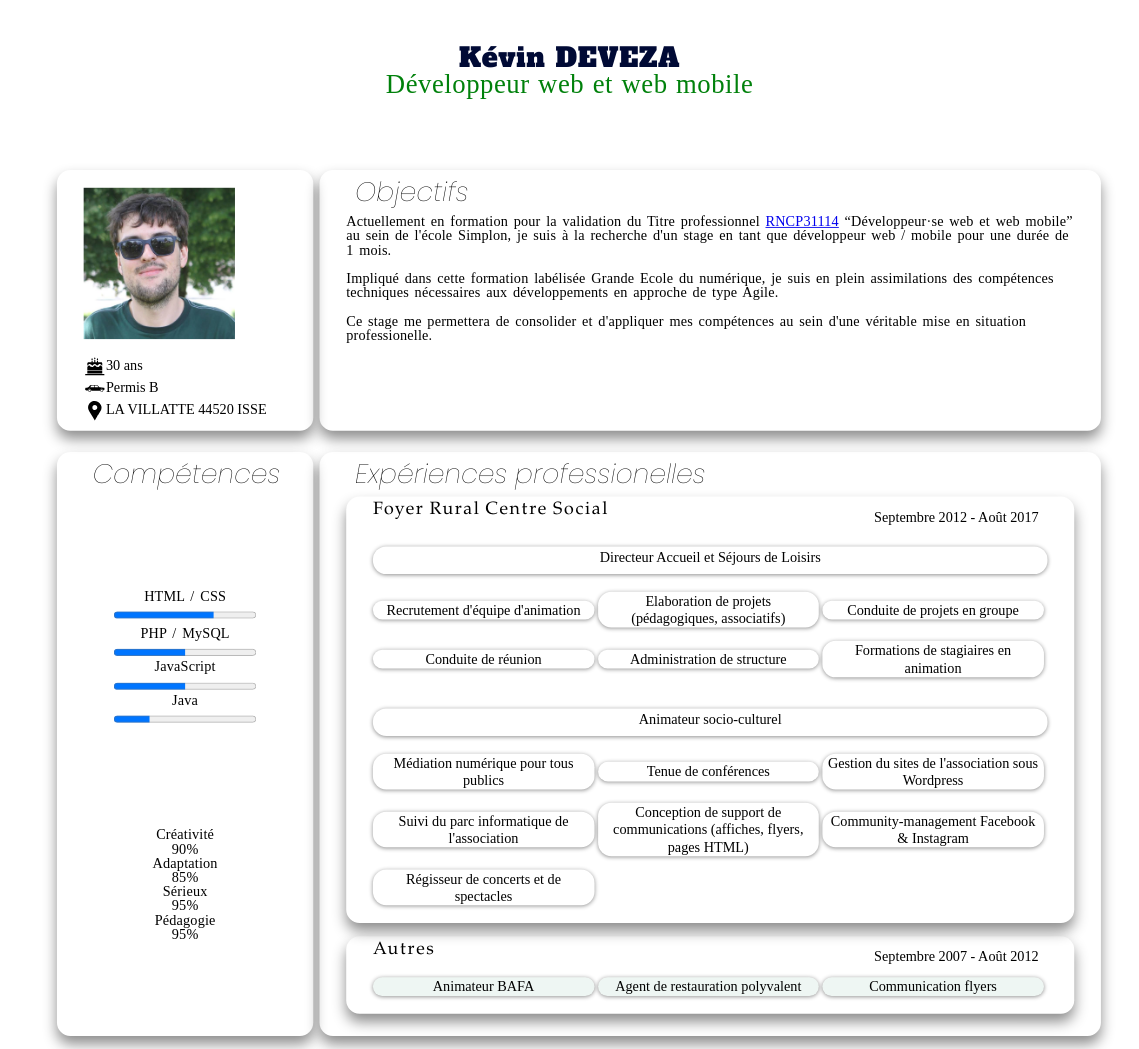
Repository: KevinDvZ/kevindvz.github.io
Page: index.html
The author's editor kept a copy of each file at every save. The page is drawn from the files as they stood at one save, then again after the next save.
The browser window is 1280 px wide. The pictures show the whole page, at 89% of full size.

Above is the page before, as saved 2020-10-31 17:20:16.

### index.html
<!DOCTYPE html>
<html>
    <!--HEADER-->
<head>
    <title id="nomprenom">DEVEZA Kevin - Développeur Web et Web mobile.</title>
        <meta charset="utf-8" />
        <meta name="description" contents="CV de Kévin DEVEZA, développeur web  et web mobile junior."/>
        <link rel="stylesheet" href="css/cv_deveza.css" />
        <link rel="stylesheet" href="css/reset.css"/>
        <link href="https://fonts.googleapis.com/css2?family=Alfa+Slab+One&display=swap" rel="stylesheet">
        <link href="https://fonts.googleapis.com/css2?family=Abril+Fatface&display=swap" rel="stylesheet">
        <link href="https://fonts.googleapis.com/css2?family=Poppins:ital,wght@1,100&display=swap" rel="stylesheet">
        <meta name="viewport" content="width=device-width, initial-scale=1.0">    </head>

<body>

<header>

    <div class="text-center">
         <h1 id="nomprenom">Kévin DEVEZA</h1>
         <p id="metier">Développeur web et web mobile</p>
    </div>
</header>

<nav>
        <a class="menu" href="#intro">Objectif</a>
        <a class="menu" href="#experience">Expérience professionelles</a>
        <a class="menu" href="#langages">Compétences en développement</a>
        <a class="menu" href="#formations">Formations</a>
        <a class="menu" href="#interets">Centres d'intérêt</a>
        <a class="menu" href="#contact">Contact</a>
</nav>

<main>

<div class="cadre" id="cadre-obj">
        <h2 class="entete">Objectifs</h2>

    <p class="p-center"><p>Actuellement en formation pour la validation du Titre professionnel <a href="https://www.francecompetences.fr/recherche/rncp/31114/" target="_blank" rel="noopener">RNCP31114</a> <em>&ldquo;D&eacute;veloppeur&middot;se web et web mobile&rdquo;</em> au sein de l'&eacute;cole <em>Simplon</em>, je suis &agrave; la recherche d'un stage en tant que d&eacute;veloppeur web / mobile pour une dur&eacute;e de<em> 1 mois.</em><em></em></p>
    <p></p><br>
    <p>Impliqué dans cette formation lab&eacute;lis&eacute;e Grande Ecole du num&eacute;rique, je suis en plein assimilations des comp&eacute;tences techniques n&eacute;cessaires aux d&eacute;veloppements en approche de type Agile.</p>
    <p></p><br>
    <p>Ce stage me permettera de consolider et d'appliquer mes comp&eacute;tences au sein d'une v&eacute;ritable mise en situation professionelle.</p>
    <p></p></p>
</div>

<div id="cadre-contact" class="cadre">

     <img src="assets/img/solaire_cv.jpg" alt="" class="img">
      <ul class="contact-liste">
        <li><img src="assets/icones/birthday-cake.svg" class="icone">30 ans</li>
        <li><img src="assets/icones/car.svg" alt="" class="icone">Permis B</li>
        <li><img src="assets/icones/map.svg" class="icone">LA VILLATTE 44520 ISSE</li>
     </ul>
    </div>

<div class="cadre" id="skills">
    <h2 class="entete">Compétences</h2>
                    <div class="cadre-jauges">

        <p>HTML / CSS<p>
        <progress id="file" max="100" value="70"> 70% </progress>
        <p>PHP / MySQL</p>
        <progress id="file" max="100" value="50"> 50% </progress>
        <p>JavaScript</p>
        <progress id="file" max="100" value="50"> 30% </progress>
        <p>Java<p>
        <progress id="file" max="100" value="25"> 25% </progress>
</div>
<div id="soft-skills">
    <p>Créativité</p>
    <p>90%</p>
    <p>Adaptation</p>
    <p>85%</p>
    <p>Sérieux</p>
    <p>95%</p>
    <p>Pédagogie</p>
    <p>95%</p>
</div>
    </div>

<div class="cadre" id="cadre-exp">
            <h2 class="entete">Expériences professionelles</h2>

             <div class="cadre" id="experiences">
                <h2 class="entreprise">Foyer Rural Centre Social</h2>
                <h3 class="dates">Septembre 2012 - Août 2017</h3>
                <div class="cadre" >Directeur Accueil et Séjours de Loisirs</div>
                <div class="cadre" id="competences_exp">Recrutement d'équipe d'animation</div>
                <div class="cadre" id="competences_exp">Elaboration de projets (pédagogiques, associatifs)</div>
                <div class="cadre" id="competences_exp">Conduite de projets en groupe</div>
                <div class="cadre" id="competences_exp">Conduite de réunion</div>
                <div class="cadre" id="competences_exp">Administration de structure</div>
                <div class="cadre" id="competences_exp">Formations de stagiaires en animation</div>

                <div class="cadre" >Animateur socio-culturel</div>
                <div class="cadre" id="competences_exp">Médiation numérique pour tous publics</div>
                <div class="cadre" id="competences_exp">Tenue de conférences</div>
                <div class="cadre" id="competences_exp">Gestion du sites de l'association sous Wordpress</div>
                <div class="cadre" id="competences_exp">Suivi du parc informatique de l'association</div>
                <div class="cadre" id="competences_exp">Conception de support de communications (affiches, flyers, pages HTML)</div>
                <div class="cadre" id="competences_exp">Community-management Facebook & Instagram</div>
                <div class="cadre" id="competences_exp">Régisseur de concerts et de spectacles</div>
            </div>

            <div class="cadre" id="experiences">
                <h2 class="entreprise">Autres</h2>
                <h3 class="dates">Septembre 2007 - Août 2012</h3>
                <div class="cadre" id="competences_exp2">Animateur BAFA</div>
                <div class="cadre" id="competences_exp2">Agent de restauration polyvalent</div>
                <div class="cadre" id="competences_exp2">Communication flyers</div>

            </div>


</div>



</main>
<body>
</html>

### css/cv_deveza.css
header {
  padding: 30px;
  text-align: center;
}

.text-center {
  display: inline-block;
  text-align: center;
  padding: 50px;
}

#nomprenom {
  font-family: "Alfa Slab One", cursive;
  font-size: 30px;
  letter-spacing: 0.8px;
  word-spacing: 1.4px;
  color: #000a35;
}

#metier {
  font-size: 30px;
  letter-spacing: 0.6px;
  word-spacing: 1.4px;
  color: #00810b;
  margin-bottom: auto;
}

nav {
  visibility: hidden;
  display: inline-block;
  text-align: center;
  width: 100%;
  margin-bottom: 30px;
}
p {
  font-family: Georgia, serif;
  font-size: 14px;
  letter-spacing: 0.2px;
  word-spacing: 2.2px;
  color: #000000;
  font-weight: 400;
  text-decoration: rgb(68, 68, 68);
  font-style: normal;
  font-variant: normal;
  text-transform: none;
}

.pcenter {
  text-align: center;
}
.menu {
  margin: 3px 3px 3px 3px;
}

body {
  background: rgb(255, 255, 255);
}

main {
  margin-top: 50px;
  display: grid;
  gap: 9px 7px;
  height: auto;
  margin: 15px 5% auto 5%;
  grid-template-columns: repeat(4, 25%);
  grid-template-rows: auto;
  grid-template-areas:
    "contact obj obj obj"
    "skills exp exp exp";
}

#cadre-obj {
  grid-area: obj;
  z-index: -5;
}

.entreprise {
  font-family: "Palatino Linotype", "Book Antiqua", Palatino, serif;
  font-size: 20px;
  letter-spacing: 1.8px;
  word-spacing: -1px;
  color: #000000;
  font-weight: 1;
  text-decoration: none;
  font-style: normal;
  font-variant: normal;
  text-transform: none;
}
h3 {
  text-align: right;
}

#cadre-contact {
  grid-area: contact;
  z-index: -50;
}

#cadre-exp {
  grid-area: exp;
  z-index: 100;
}

.img {
  max-height: 170px;
  min-height: 100px;
  width: auto;
  margin: 15px auto 15px auto;
  padding: auto auto auto auto;
}

.contact-liste li {
  list-style-type: none;
  text-align: left;
  position: inline;
}
.icone {
  width: 25px;
  position: inherit;
  line-height: normal;
  vertical-align: middle;
}

.entete {
  font-family: "Abril Fatface", cursive;
  font-size: 30px;
  display: block;
  font-family: "Poppins", sans-serif;
  margin: 5px auto 10px 10px;
}

.cadre {
  box-shadow: 0 9px 15px rgba(0, 0, 0, 0.45);
  display: block;
  padding: 5px 30px 10px 30px;
  border-radius: 15px;
  margin-bottom: 15px;
}

#skills {
  grid-area: skills;
  z-index: 2;
}

.cadre-jauges {
  margin-top: 50%;
  text-align: center;
  display: block;
  position: relative;
}

.cadre-jauges p {
  margin-bottom: 5px;
}

#soft-skills {
  margin-top: 50%;
  text-align: center;
}

.progress-circle {
  position: inline; /* pour servir de référent */
  box-sizing: border-box; /* prise en compte bordure dans la dimension */
  font-size: 1em; /* pour définir les dimensions */
  width: 1em; /* fixe la largeur */
  height: 1em; /* fixe la hauteur */
  border-radius: 100%; /* rendu aspect circulaire */
  border: 0.15em solid #cde; /* couleur de fond de l'anneau */
  background-color: rgba(
    255,
    255,
    255,
    0
  ); /* couleur de fond de la progress bar */
}

.progress-masque {
  display: block;
}

#experiences .cadre {
  display: block;
  box-shadow: 0 1px 5px rgba(0, 0, 0, 0.45);

  margin: 25px auto 15px auto;
  text-align: center;
}

#experiences .dates {
  margin: -10px 10px 10px 10px;
}
.cadre #competences_exp {
  display: inline-block;
  line-height: normal;
  vertical-align: middle;
  width: 32%;
  line-height: 120%;
  padding: 1px 3px 1px 3px;
  margin: 5px auto 10px auto;
  text-align: center;
  /* background-color: rgba(197, 197, 197, 0.13); */
}

.cadre #competences_exp2 {
  display: inline-block;
  width: 32%;
  line-height: 120%;
  padding: 1px 3px 1px 3px;
  margin: 5px auto 10px auto;
  text-align: center;
  background-color: rgba(13, 116, 76, 0.068);
}

Loaded but not shown: css/reset.css (common file)

After the next save:
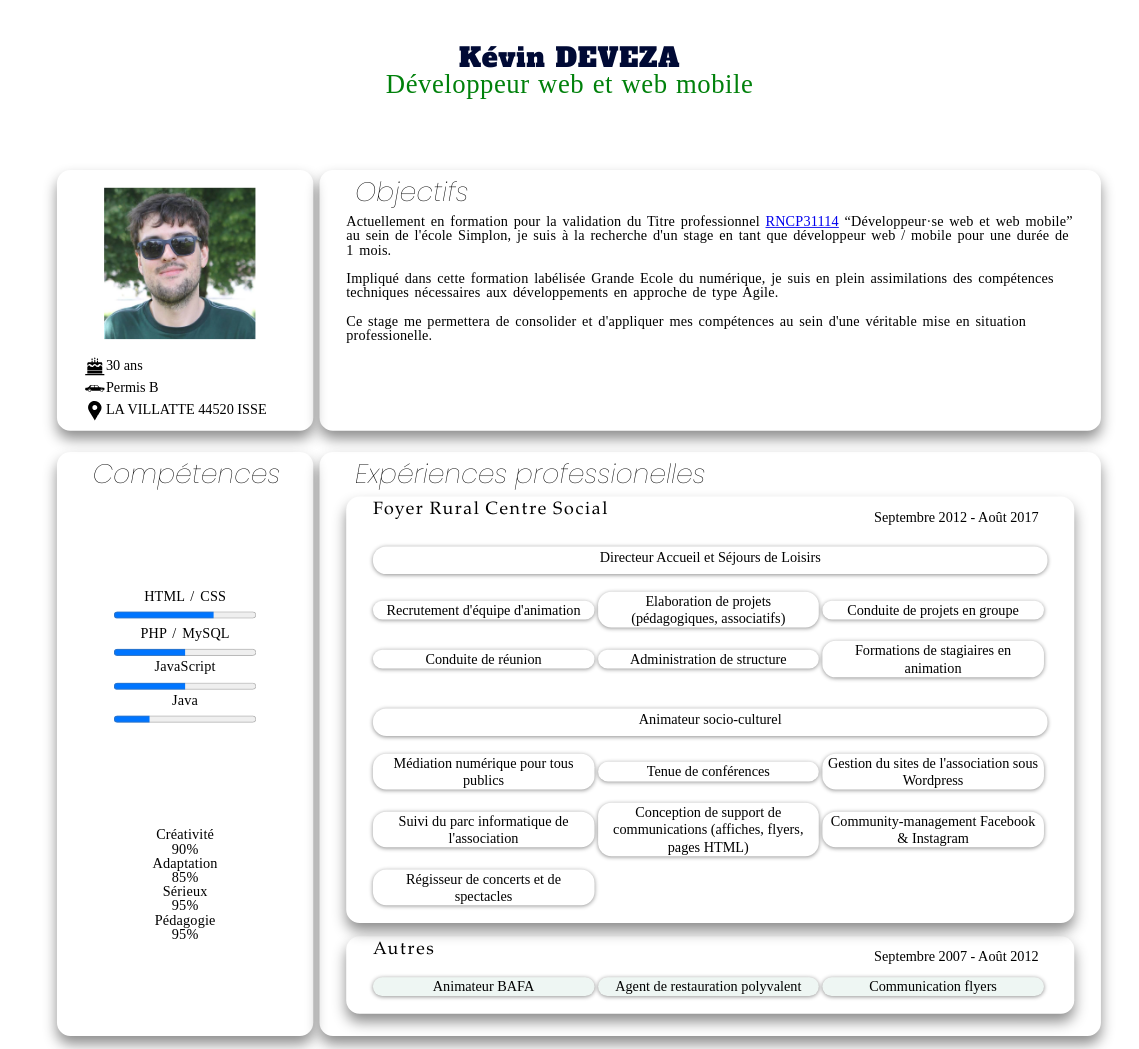
Saved 21 s later.
--- a/css/cv_deveza.css
+++ b/css/cv_deveza.css
@@ -105,7 +105,7 @@ h3 {
   min-height: 100px;
   width: auto;
   margin: 15px auto 15px auto;
-  padding: auto auto auto auto;
+  padding-left: 10%;
 }
 
 .contact-liste li {
